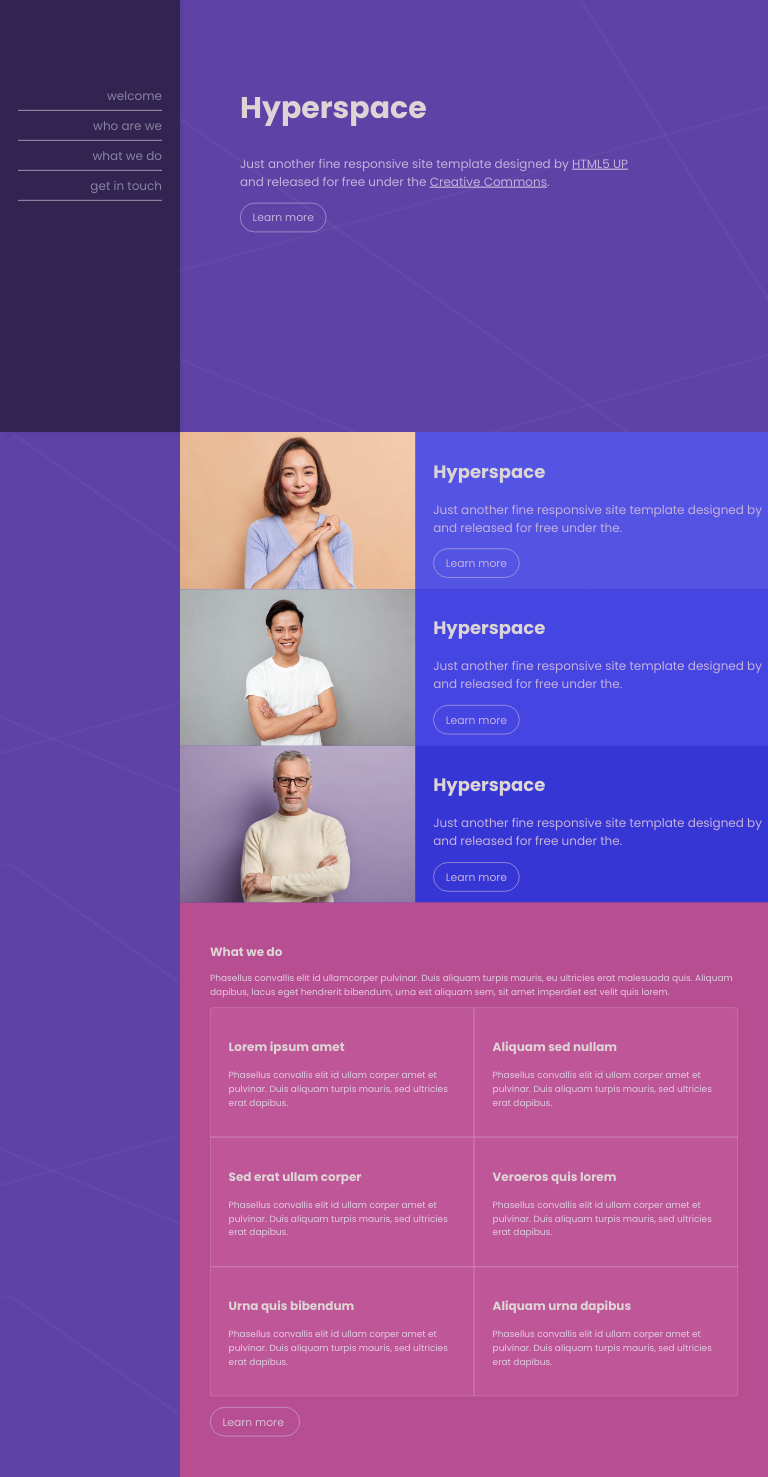
Repository: zai31/KIMIT_Tasks
Page: JsSession8/index.html
The author's editor kept a copy of each file at every save. The page is drawn from the files as they stood at one save, then again after a run of saves.
The browser window is 1280 px wide. The pictures show the whole page, at 60% of full size.
Backgrounds fixed to the window are drawn as part of the page.

Above is the page before, as saved 2025-09-15 21:18:24.

### JsSession8/index.html
<!DOCTYPE html>
<html lang="en">
<head>
    <meta charset="UTF-8">
    <meta name="viewport" content="width=device-width, initial-scale=1.0">
    <link rel="stylesheet" href="./css/style.css">
    <title>Responsive</title>
</head>

<body>
    <section  class="flex-section">
        <div class="menu">
        <ul>
            <li><a href="#">welcome</a></li>
            <li><a href="#">who are we</a></li>
            <li><a href="#">what we do</a></li>
            <li><a href="#">get in touch</a></li>
        </ul>
</div>
<div class="section">
    <div class="content">
      <div class="intro">
							<h1>Hyperspace</h1>
							<p>Just another fine responsive site template designed by <a href="https://html5up.net">HTML5 UP</a><br>
							and released for free under the <a href="https://html5up.net/license">Creative Commons</a>.</p>
							<button>Learn more</button>

						</div>
    <div class="overview">
        <div class="s" style="background-color: rgb(83, 83, 228);">
           <img src="./images/1.jpg" alt="">

							<div ><h1>Hyperspace</h1>
                                <p>Just another fine responsive site template designed by
							and released for free under the.</p>
							<button>Learn more</button></div>
        </div>
        <div class="s" style="background-color: rgb(69, 69, 226);">
            <img src="./images/2.jpg" alt="">
							<div >
                                           	<h1>Hyperspace</h1>
<p>Just another fine responsive site template designed by
							and released for free under the.</p>
							<button>Learn more</button></div>
        </div>
        <div class="s" style="background-color: rgb(54, 54, 213);">
            <img src="./images/3.jpg" alt="">
							<div >
                                           	<h1>Hyperspace</h1>
<p>Just another fine responsive site template designed by
							and released for free under the.</p>
							<button>Learn more</button></div>
        </div>
    <div class="what">
							<h2>What we do</h2>
							<p>Phasellus convallis elit id ullamcorper pulvinar. Duis aliquam turpis mauris, eu ultricies erat malesuada quis. Aliquam dapibus, lacus eget hendrerit bibendum, urna est aliquam sem, sit amet imperdiet est velit quis lorem.</p>
							<div class="features">
								<section style="border-radius:5px 0px 0px 0 ;">
									<span  class="fa-solid fa-lock"></span>
									<h3>Lorem ipsum amet</h3>
									<p>Phasellus convallis elit id ullam corper amet et pulvinar. Duis aliquam turpis mauris, sed ultricies erat dapibus.</p>
								</section>
								<section style="border-radius:0 5px 0px 0 ;">
									<span class="icon  fa-lock"></span>
									<h3>Aliquam sed nullam</h3>
									<p>Phasellus convallis elit id ullam corper amet et pulvinar. Duis aliquam turpis mauris, sed ultricies erat dapibus.</p>
								</section>
								<section>
									<span class="icon  fa-cog"></span>
									<h3>Sed erat ullam corper</h3>
									<p>Phasellus convallis elit id ullam corper amet et pulvinar. Duis aliquam turpis mauris, sed ultricies erat dapibus.</p>
								</section>
								<section>
									<span class="icon  fa-desktop"></span>
									<h3>Veroeros quis lorem</h3>
									<p>Phasellus convallis elit id ullam corper amet et pulvinar. Duis aliquam turpis mauris, sed ultricies erat dapibus.</p>
								</section>
								<section style="border-radius:0 0px 0px 5px  ;">
									<span class="icon  fa-link"></span>
									<h3>Urna quis bibendum</h3>
									<p>Phasellus convallis elit id ullam corper amet et pulvinar. Duis aliquam turpis mauris, sed ultricies erat dapibus.</p>
								</section>
								<section style="border-radius:0 0px 5px 0 ;">
									<span class="icon  fa-gem" ></span>
									<h3>Aliquam urna dapibus</h3>
									<p>Phasellus convallis elit id ullam corper amet et pulvinar. Duis aliquam turpis mauris, sed ultricies erat dapibus.</p>
								</section>
							</div>
							<ul class="actions">
								<li style="list-style: none;"><a href="generic.html" class="button" style="text-decoration: none; color: thistle;">Learn more</a></li>
							</ul>

    </div>
                        </div>
                        </div>
                    </section>
</body>
</html>

### JsSession8/CSS/style.css
@import url("https://fonts.googleapis.com/css2?family=Poppins:ital,wght@0,100;0,200;0,300;0,400;0,500;0,600;0,700;0,800;0,900;1,100;1,200;1,300;1,400;1,500;1,600;1,700;1,800;1,900&display=swap");

* {
    box-sizing: border-box;
    font-family: "Poppins", sans-serif;
}

:root {
    --sidebar-color: #312450;
    --primary-color: #5e42a6;
    --secondary-color: #b74e91;
    --section-bg-color: #c7b2dc;
    --dark-color: #000000;
    --navbar-bg-color: #273053;
    --p-color: #717275;
    --highlight-icon-color: #ff0100;
    --main-transition: 0.5s all ease-in-out;
}


html,
body {
    height: 100%;
    margin: 0;
    padding: 0;
}

.flex-section {
    display: flex;
    flex-direction: row;

}

/*side bar*/
.flex-section .menu {
    min-height: 100vh;
    /* ensures sidebar spans at least the full screen */
    height: auto;
    /* lets it grow with content */
    width: 300px;
    top: 0;
    left: 0;
    position: fixed;
    background-color: var(--sidebar-color);
    padding: 145px 30px;
    box-shadow: 0 0 10px rgba(0, 0, 0, 0.1);
}

.flex-section .menu ul {
    list-style: none;
    padding: 0;
    margin: 0;
    text-align: right;
}

.flex-section .menu ul li {
    margin-bottom: 10px;
    font-size: 20px;
    position: relative;
    /* needed for ::after positioning */
    padding-bottom: 10px;
}

.flex-section .menu ul li a {
    text-decoration: none;
    color: #8b82a1;

}

.flex-section .menu ul li::after {
    content: "";
    position: absolute;
    left: 0;
    bottom: 0;
    width: 100%;
    /* stick to the bottom */
    height: 2px;
    background-color: #8b82a1;
    /* thickness of underline */
    transition: width 0.3s ease;
}

/*use js*/
.flex-section .menu ul li a:hover::after {
    width: 100%;
    /* expand underline on hover */
}


.flex-section .menu ul li a:hover {
    color: #b5b8bf;
}

.flex-section .menu ul li a:active {
    color: #5e42a6;
}

.flex-section .menu ul li a:active::after {
    background: linear-gradient(to right, #4b0082, #8b00ff, #981196);
}






/*content first section */
.flex-section .section {
    flex: 1;
    background-color: var(--section-bg-color);
    background-attachment: fixed;
    background-image: url("../assets/css/images/Screenshot\ 2025-09-15\ 075920.png");
    background-position: top right;
    background-repeat: no-repeat;
    background-size: 100% 100%;
    padding-left: 300px;
}

.flex-section .section .content {
    display: flex;
    flex-direction: column;
    width: 100%;
}

.flex-section .section .content .intro {
    padding: 100px;
    width: 100%;
    height: 100vh;
}

.flex-section .section .content .intro h1 {
    color: rgb(221, 213, 213);
    font-size: 50px;
}

.flex-section .section .content .intro p,
.flex-section .section .content .intro a {
    color: var(--section-bg-color);
    font-size: 20px;
}

.flex-section .section .content .intro a:hover {
    color: #fefefe;
    text-decoration: none;
}

.flex-section .section .content .intro button {
    color: var(--section-bg-color);
    background-color: transparent;
    border: 1px solid var(--section-bg-color);
    padding: 10px 20px;
    border-radius: 25px;
    cursor: pointer;
    text-decoration: none;
    font-size: 18px;
}

.flex-section .section .content .intro button:hover {
    background-color: #6f54b6;
}




/*content second section */

.flex-section .section .content .overview .s {
    display: flex;
    flex-direction: row;
    align-items: center;
    gap: 30px;
}

.flex-section .section .content .overview .s h1 {
    color: rgb(221, 213, 213);
    font-size: 30px;
}

.flex-section .section .content .overview .s p {
    color: var(--section-bg-color);
    font-size: 20px;
}

.flex-section .section .content .overview .s button {
    color: var(--section-bg-color);
    background-color: transparent;
    border: 1px solid var(--section-bg-color);
    padding: 10px 20px;
    border-radius: 25px;
    cursor: pointer;
    text-decoration: none;
    font-size: 18px;
}

.flex-section .section .content .overview .s button:hover {
    background-color: rgb(77, 77, 246);
}

.flex-section .section .content .overview .s img {
    width: 40%;
}

/*what section*/

.flex-section .section .content .what {
    padding: 50px;
    width: 100%;
    background-color: var(--secondary-color);
}

.flex-section .section .content .what h3,
.flex-section .section .content .what h2 {
    color: rgb(221, 213, 213);
    font-size: 20px;
}
.flex-section .section .content .what p {
    color: #e0cee1;
    font-size: 15px;
}

.flex-section .section .content .what .features{
    display: flex;
    flex-direction: row;
    flex-wrap: wrap;
    background-color: #be5698;


}
.flex-section .section .content .what .features section {
 flex: 1 1 50%;     /* grow/shrink, ~half width with gap */
 border: 0.5px solid rgba(255, 255, 255, 0.248);
 box-sizing: border-box;
 padding: 30px;

}
.flex-section .section .content .what .actions {
   color: var(--section-bg-color);
    background-color: transparent;
    border: 1px solid var(--section-bg-color);
    padding: 10px 20px;
    border-radius: 25px;
    cursor: pointer;
    text-decoration: none;
    font-size: 18px;
    width: 150px;
}

.flex-section .section .content .what .actions:hover {
    background-color: rgb(212, 107, 177);
}

After the next 2 saves:
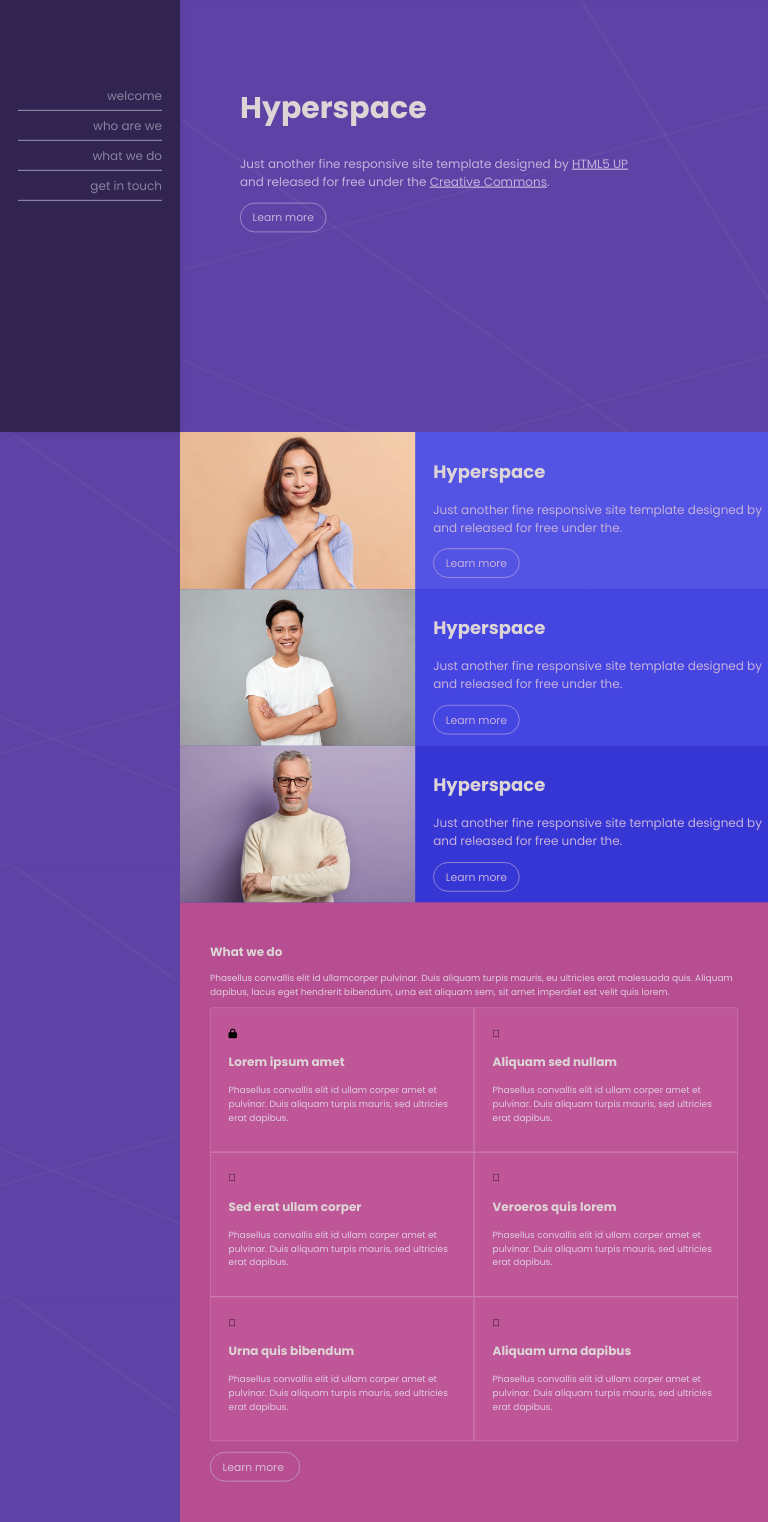
The 2 saves are shown as one change because they came seconds apart.
The last was saved 23 s later.
--- a/JsSession8/index.html
+++ b/JsSession8/index.html
@@ -4,6 +4,8 @@
     <meta charset="UTF-8">
     <meta name="viewport" content="width=device-width, initial-scale=1.0">
     <link rel="stylesheet" href="./css/style.css">
+	<link href="https://cdnjs.cloudflare.com/ajax/libs/font-awesome/6.5.2/css/all.min.css" rel="stylesheet">
+
     <title>Responsive</title>
 </head>
 
